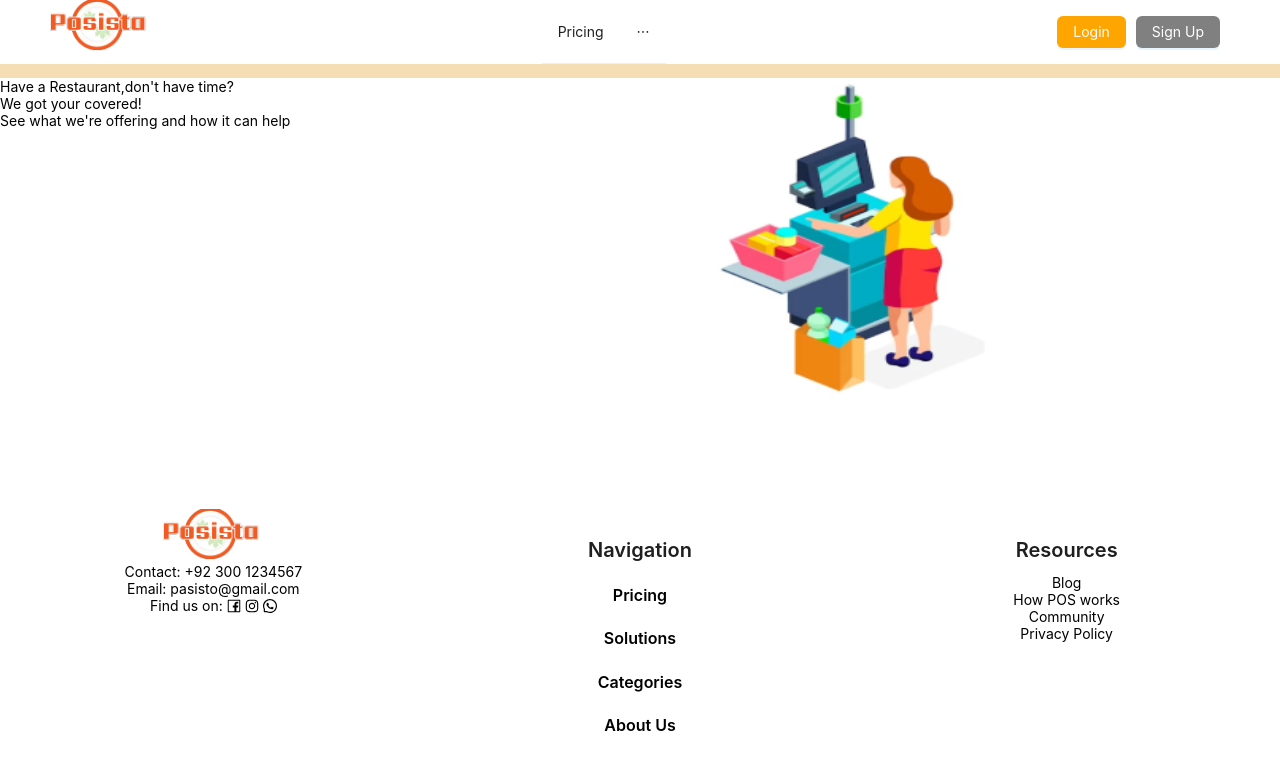
Repository: usmanarshad90/Posista
Page: / (app in test/)
The author's editor kept a copy of each file at every save. The page is drawn from the files as they stood at one save, then again after the next save.
The browser window is 1280 px wide. The pictures show the whole page.
The project was rebuilt for these pictures with package versions that can differ from the ones it lists, and the page was loaded fresh each time. Also part of the build but not shown: test/src/components/Pricing/Pricing.jsx, test/src/components/Solution/Solutions.jsx, test/src/components/About/AboutUs.jsx, test/src/components/login/login.jsx, test/src/components/signup/signup.jsx.

Above is the page before, as saved 2023-11-28 14:52:17.

### test/public/index.html
<!DOCTYPE html>
<html lang="en">
  <head>
    <meta charset="utf-8" />
    <link rel="icon" href="%PUBLIC_URL%/favicon.ico" />
    <meta name="viewport" content="width=device-width, initial-scale=1" />
    <meta name="theme-color" content="#000000" />
    <meta
      name="description"
      content="Web site created using create-react-app"
    />
    <link rel="apple-touch-icon" href="%PUBLIC_URL%/logo192.png" />

    <link rel="manifest" href="%PUBLIC_URL%/manifest.json" />

    <title>Posisto</title>
  </head>
  <body>
    <noscript>You need to enable JavaScript to run this app.</noscript>
    <div id="root"></div>



  </body>
</html>

### test/src/index.css
body {
  margin: 0;
  font-family: -apple-system, BlinkMacSystemFont, 'Segoe UI', 'Roboto', 'Oxygen',
    'Ubuntu', 'Cantarell', 'Fira Sans', 'Droid Sans', 'Helvetica Neue',
    sans-serif;
  -webkit-font-smoothing: antialiased;
  -moz-osx-font-smoothing: grayscale;
}

code {
  font-family: source-code-pro, Menlo, Monaco, Consolas, 'Courier New',
    monospace;
}
.background{
  background-image: url("./images/background.jpg")!important;

}



/* .container{
  max-width: 1000px;
  margin: auto;
  width: 100%;
  padding-inline: 1rem;
  padding-block:5rem;

} */

### test/src/App.js
import {BrowserRouter  as Router , Routes , Route} from 'react-router-dom'
import Home from './components/Home/Home';

import Pricing from './components/Pricing/Pricing';
import Solutions from './components/Solution/Solutions';
import AboutUs from './components/About/AboutUs';
import Login from './components/login/login';
import SignUp from './components/signup/signup';


function App() {
  return (
    <Router>
    {/* if i can do it like this all pages come on the header */}

      <Routes>

        {/* if i can do it like this header individually come on the each page*/}

        <Route path="/" element={< Home/>} />
        <Route path="/login" element={<Login/>}/>
        <Route path="/signup" element={<SignUp/>} />

        <Route path="/pricing" element={< Pricing/>} />
        <Route path="/solution" element={< Solutions/>} />
        <Route path="/about" element={<AboutUs/>} />

        </Routes>
        {/* for footer i can call here */}

        </Router>
  );
}

export default App;

### test/src/components/Home/Home.jsx
import React from 'react'
import PageHeader from '../PageHeader/PageHeader'
import HeroSection from '../HeroSection/HeroSection'
import PageFooter from '../Footer/Footer'

const Home = () => {
  return (
    <>
    <PageHeader/>
    <HeroSection/>



    <PageFooter/>

    </>
  )
}

export default Home

### test/src/components/PageHeader/PageHeader.jsx
import React from 'react'
import { Layout, Menu, Button, Row, Col } from 'antd';
import { Link } from 'react-router-dom';
import logoimage from '../../images/posistologo.png'
import {HomeOutlined, UserOutlined,SettingOutlined,} from '@ant-design/icons';

const { Header } = Layout;
const PageHeader = () => {
  return (
    <Row>
      <Col lg={24} xl={24} md={12} xs={4} >
    <Layout className="layout">
    <Header style={{ display: 'flex', justifyContent: 'space-between' ,backgroundColor: 'white' }}>
      <div className="logo" >

      <Link to={'/'}><img src={logoimage} alt="" width="100px"  /></Link>
        </div>
      <Menu  mode="horizontal" style={ {color:'black',backgroundColor: 'transparent'}} >
        <Link to={'/pricing'} ><Menu.Item key="1" >Pricing</Menu.Item></Link>


        <Link to={'/solution'} ><Menu.Item key="2" >Solutions</Menu.Item></Link>

        <Link to={'/about'} ><Menu.Item key="3" >About Us</Menu.Item></Link>
      </Menu>

      <div>

        <Link to="/login"><Button type="primary" style={{ marginRight: '10px', backgroundColor: 'orange' }}>Login</Button>
        </Link>
        <Link to="/signup"><Button type="primary" style={{ marginRight: '10px', backgroundColor: 'grey' }}>Sign Up</Button></Link>
      </div>




    </Header>
  </Layout>
  </Col>
  </Row>
  )
}

export default PageHeader;

### test/src/components/HeroSection/HeroSection.jsx
import React from 'react'
import { Row,Col,Image,Divider} from 'antd';

import image from '../../images/design.png'

const HeroSection = () => {




      const DemoBox = (props) => <p className={`height-${props.value}`}>{props.children}</p>;
  return (
    <>
    <Row  >
      <Col  lg={{ span:24, order: 1 }} md={24} xs={24} xl={24} xxl={24}  style={{background:'wheat'}}>
      <DemoBox value={'100%'}> </DemoBox>
        </Col>

    <Col lg={{ span: 12, order: 2 }} md={8} xs={4} xl={12}>

    <div   >

         Have a Restaurant,don't have time? <br />
         We got your covered! <br/>

         <div   >See what we're offering and how it can help <br />


         </div>
    </div>
    </Col>
    <Col lg={{ span: 12, order: 3 }}md={8} xs={4} xl={12}>
    <Image width={'70%'} preview={false} height={'90%'} src={image} alt="#" />

    </Col>
   </Row>
   </>
  )
}

export default HeroSection

### test/src/components/Footer/Footer.jsx
import React from 'react';
import { Layout, Menu, Row, Col, Typography } from 'antd';
import { Link } from 'react-router-dom';
import logoimage from '../../images/posistologo.png';
import { FacebookOutlined, InstagramOutlined, WhatsAppOutlined } from '@ant-design/icons';

const Footer = () => {
  const style = {
    padding: '12px',
    textAlign: 'center', // Center text within each column
    color:'black',
  };

  return (
    <Row>
      <Col lg={{ span: 8, order: 1 }} md={6} xs={4} xl={8} xxl={8} style={style}>
        <div className="logo" >
          <Link to={'/'}>
            <img src={logoimage} alt="" width="100px" />
          </Link>
        </div>
        <div>Contact: +92 300 1234567</div>
        <div>Email: pasisto@gmail.com</div>
        <div>
          Find us on: <FacebookOutlined /> <InstagramOutlined /> <WhatsAppOutlined />
        </div>
      </Col>

      <Col lg={{ span: 8, order: 1 }} md={6} xs={4} xl={8} xxl={8} style={style}>
        <Typography.Title level={4} >Navigation </Typography.Title>
        <Typography.Title level={5}>
          <Link to={'/pricing'} style={{ color: 'black' }} >
            Pricing
          </Link>{' '}
        </Typography.Title>
        <Typography.Title level={5}>
          <Link to={'/solution'} style={{ color: 'black' }}>
            Solutions
          </Link>
        </Typography.Title>
        <Typography.Title level={5}>
          <Link to={'/about'} style={{ color: 'black' }}>
            Categories
          </Link>
        </Typography.Title>
        <Typography.Title level={5}>
          <Link to={'/about'} style={{ color: 'black' }}>
            About Us
          </Link>
        </Typography.Title>
      </Col>

      <Col lg={{ span: 8, order: 1 }} md={6} xs={4} xl={8} xxl={8} style={style}>
        <Typography.Title level={4}>Resources</Typography.Title>
        <div>Blog</div>
        <div>How POS works</div>
        <div>Community</div>
        <div>Privacy Policy</div>
      </Col>
    </Row>
  );
};

export default Footer;

Loaded but not shown: test/src/index.js (common file)

After the next save:
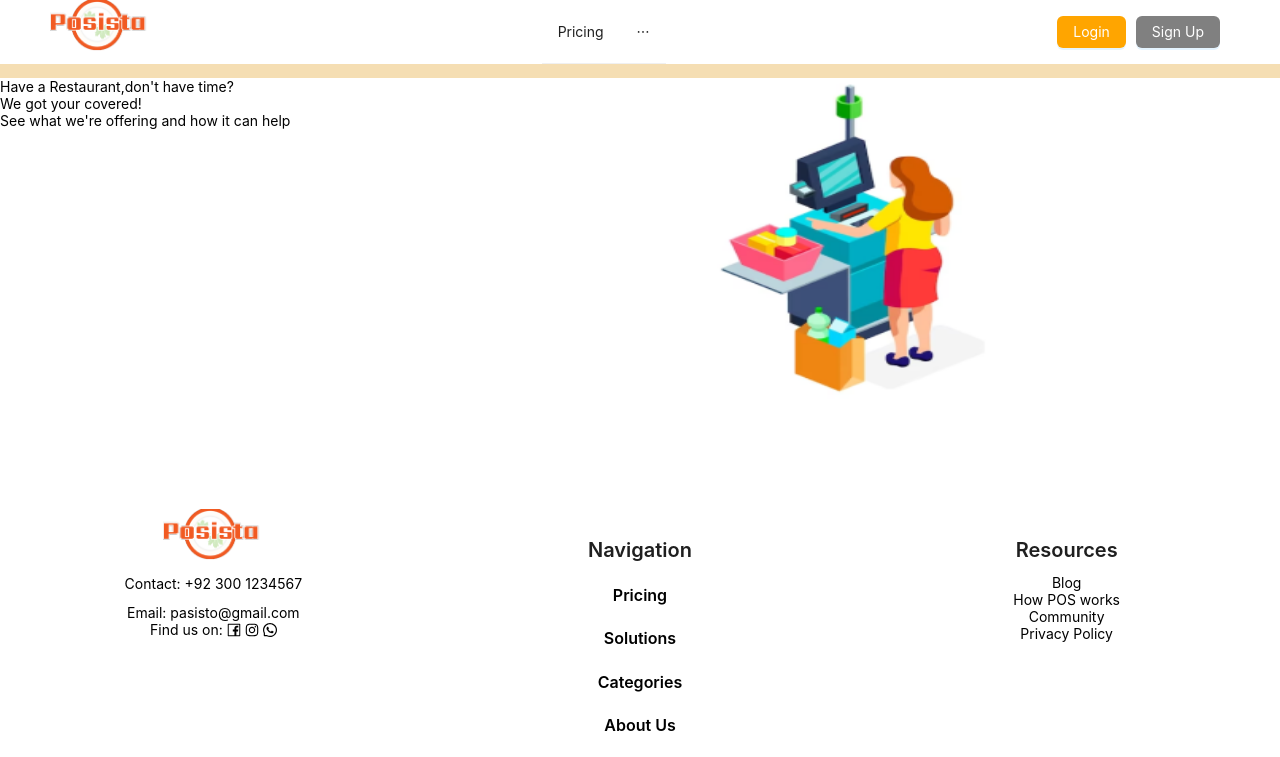
Saved 56 s later.
--- a/test/src/components/Footer/Footer.jsx
+++ b/test/src/components/Footer/Footer.jsx
@@ -19,7 +19,7 @@ const Footer = () => {
             <img src={logoimage} alt="" width="100px" />
           </Link>
         </div>
-        <div>Contact: +92 300 1234567</div>
+        <div style={style}>Contact: +92 300 1234567</div>
         <div>Email: pasisto@gmail.com</div>
         <div>
           Find us on: <FacebookOutlined /> <InstagramOutlined /> <WhatsAppOutlined />
